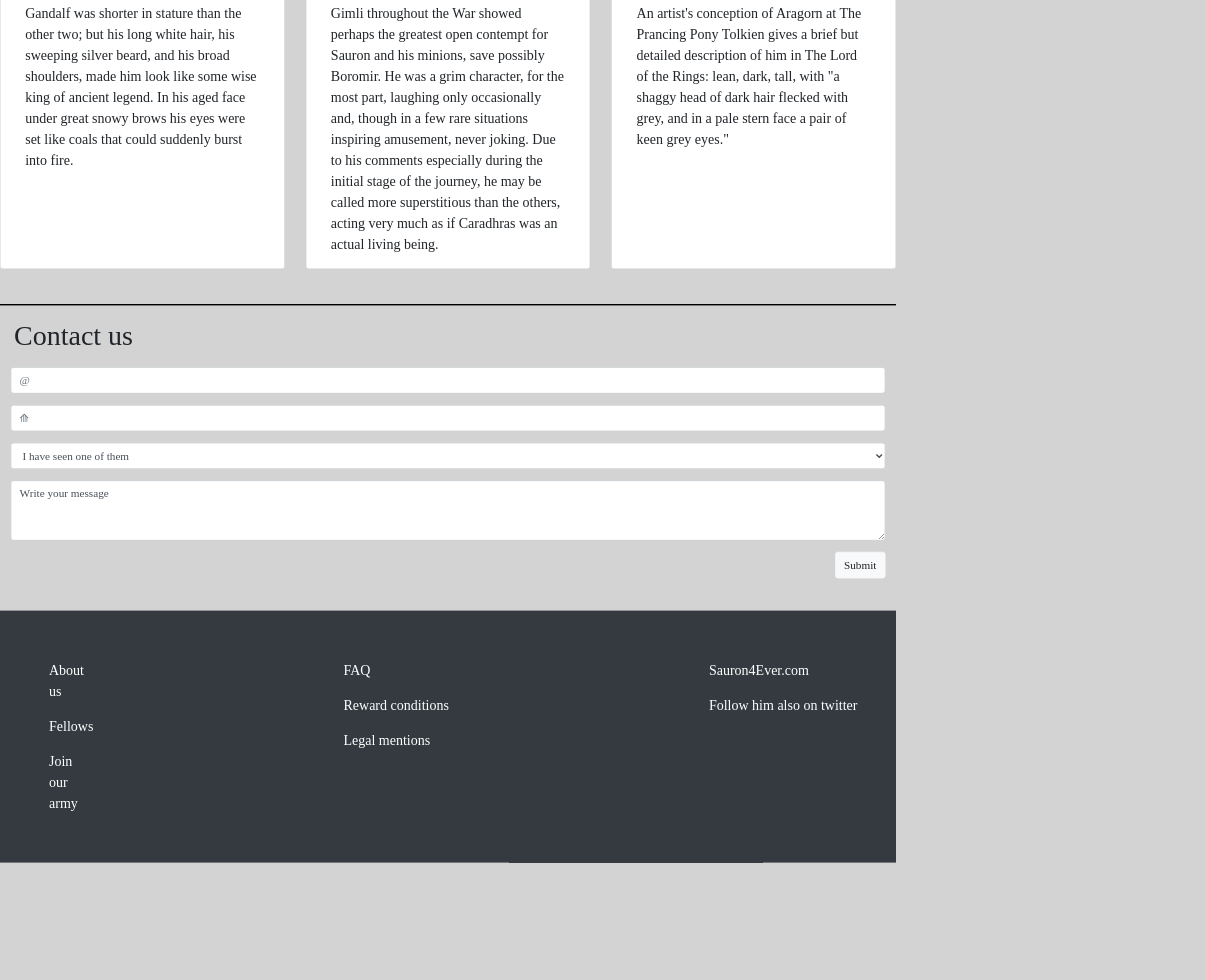
Repository: Khaleddwm/FindThePrecious
Page: index.html
An editor plug-in stored every save of this project. The page is shown before and after the next save, followed by the edit.
The browser window is 1280 px wide. The page is 1295 px wide, then 1723 px, so the pictures cover 1723 px, including what lies to the right of the window. The pictures show the part of the page from y = 1486 to 2886 px (the page is 2886 px tall before and 2856 px after), at 70% of full size.
Some web fonts or font styles are not loaded; a fallback is used.

Above is the page before, as saved 2020-05-25 11:44:34.

After the next save:
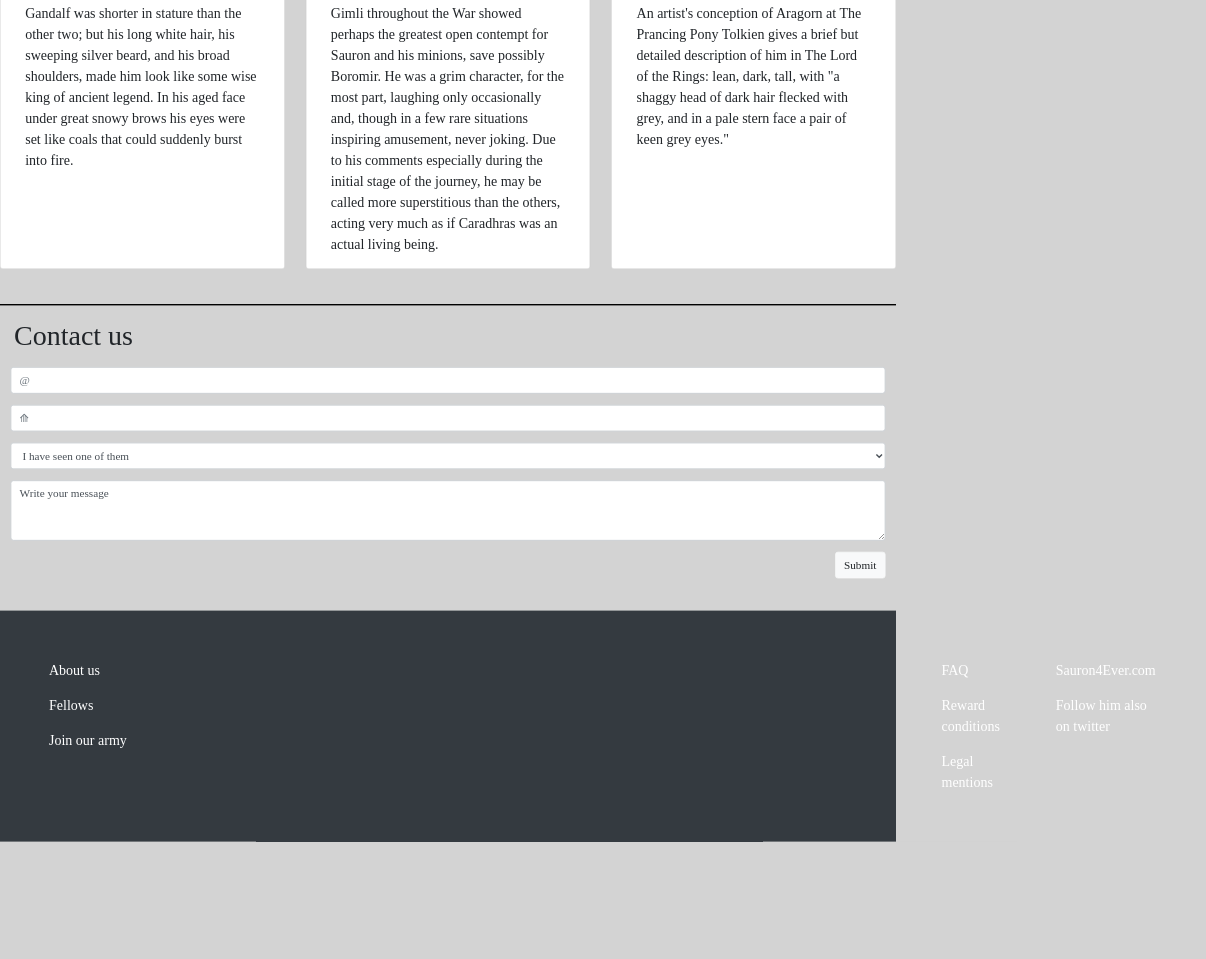
Saved 15 s later.
--- a/index.html
+++ b/index.html
@@ -134,7 +134,7 @@
         <div class="container-fluid">
             <div class="d-flex justify-content-between">
 
-                    <ul class="col-1 nav-list">
+                    <ul class="col-12 nav-list">
                         <li><a href="#">About us</a></li>
                         <li><a href="#">Fellows</a></li>
                         <li><a href="#">Join our army</a></li>
